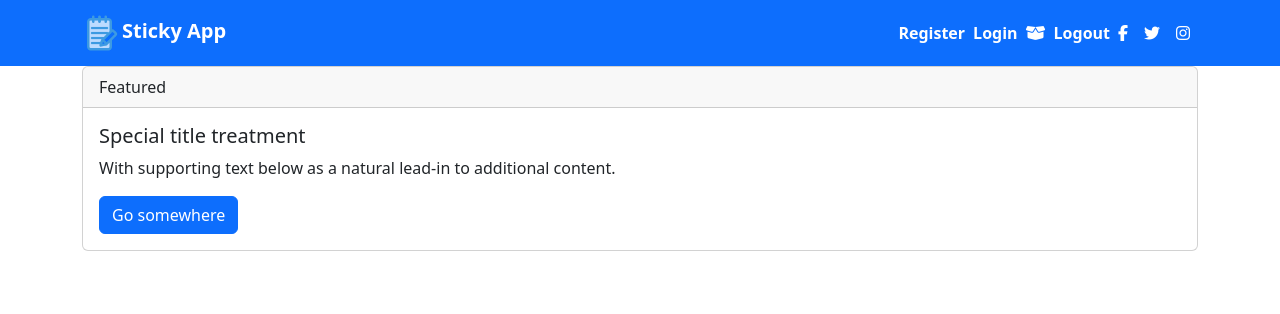
Repository: Mennaaymangalal/Sticky-App
Page: /note
The author's editor kept a copy of each file at every save. The page is drawn from the files as they stood at one save, then again after a run of saves.
The browser window is 1280 px wide. The pictures show the whole page.
The project was rebuilt for these pictures with package versions that can differ from the ones it lists, and the page was loaded fresh each time. Also part of the build but not shown: vite.config.js, src/Pages/Home/Home.jsx, src/Pages/Login/Login.jsx, src/Pages/NotFound/NotFound.jsx, src/Pages/SignUp/SignUp.jsx.

Above is the page before, as saved 2025-04-04 15:41:28.

After the next 2 saves:
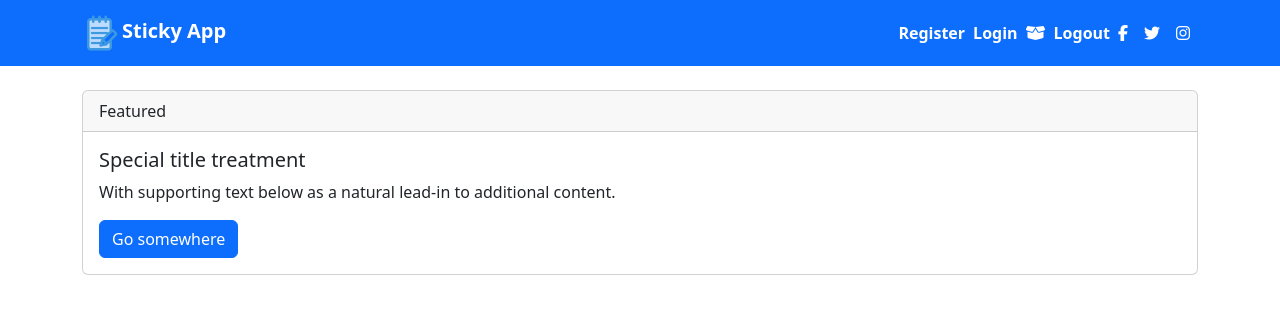
The 2 saves are shown as one change because they came seconds apart.
The last was saved 11 s later.
--- a/src/Pages/Note/Note.jsx
+++ b/src/Pages/Note/Note.jsx
@@ -6,7 +6,7 @@ import Card from 'react-bootstrap/Card';
 export default function Note() {
   return (
     <>
-     <div className="">
+     <div className="py-4">
      <Card>
       <Card.Header>Featured</Card.Header>
       <Card.Body>
